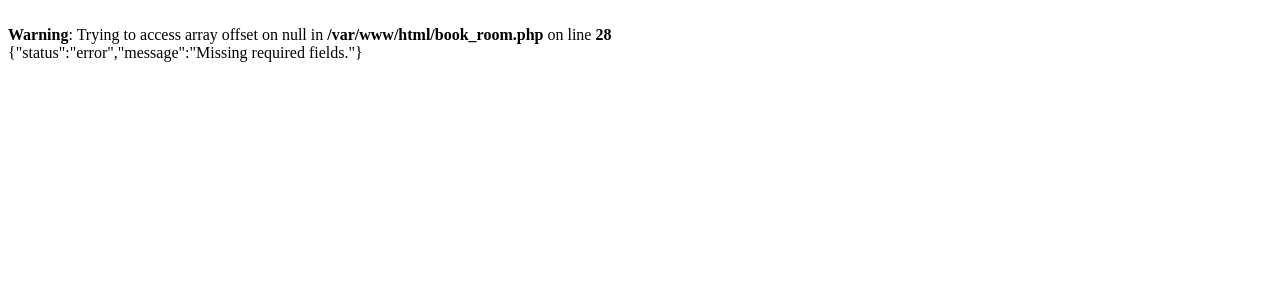
Repository: malingubarnice/Online-Reservation-System
Page: http://localhost/book_room.php
An editor plug-in stored every save of this project. The page is shown before and after the next save, followed by the edit.
The browser window is 1280 px wide. The pictures show the whole page.
The page is run by PHP 8.4 with error messages shown; the project is at /var/www/html/.

Above is the page before, as saved 2025-02-26 14:19:38.

After the next save:
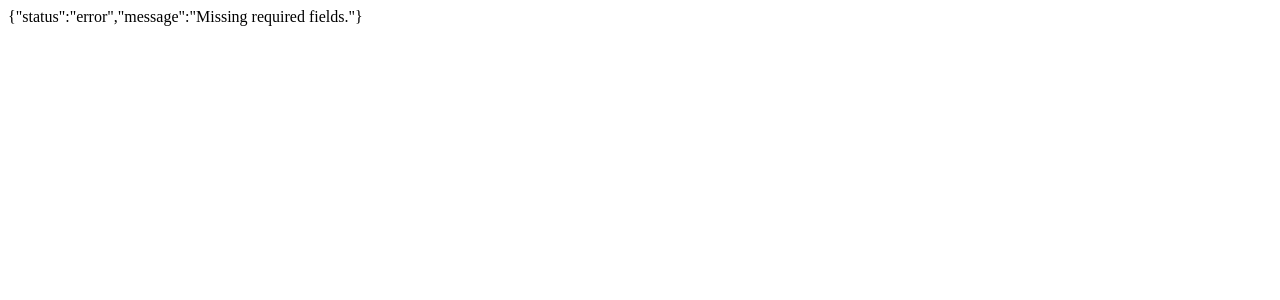
Saved 9 min 24 s later.
--- a/book_room.php
+++ b/book_room.php
@@ -21,11 +21,8 @@
 $input = file_get_contents('php://input');
 $data = json_decode($input, true);
 
-// Log the received data to check if contact_info is included
-error_log("Received data: " . print_r($data, true));  // Log the whole incoming data array
-
-// Log specific contact_info to ensure it's received correctly
-error_log("Received contact_info: " . $data['contact_info']);  // This should log the contact_info value
+// Log received data
+error_log("Received data: " . print_r($data, true));
 
 // Check if all required fields are present
 if (isset($data['room_id'], $data['check_in_date'], $data['check_out_date'], $data['guest_count'], $data['contact_info'])) {
@@ -36,8 +33,10 @@
     $guestCount = intval($data['guest_count']);
     $contactInfo = $data['contact_info'];
 
-    // Debugging: Output the contact info to check if it's being passed
-    error_log("Received contact_info: " . $contactInfo);  // This logs the contact info to the error log
+    // Convert dates to DateTime objects for accurate comparison
+    $today = new DateTime();
+    $checkIn = new DateTime($checkInDate);
+    $checkOut = new DateTime($checkOutDate);
 
     // Validate guest count (make sure it's a positive number)
     if ($guestCount <= 0) {
@@ -45,13 +44,14 @@
         exit;
     }
 
-    // Date validation: Ensure check-in is not in the past and check-out is after check-in
-    $today = date('Y-m-d');
-    if ($checkInDate < $today) {
+    // Validate check-in date (must not be in the past)
+    if ($checkIn < $today) {
         echo json_encode(['status' => 'error', 'message' => 'Check-in date cannot be in the past.']);
         exit;
     }
-    if ($checkInDate >= $checkOutDate) {
+
+    // Validate check-out date (must be after check-in)
+    if ($checkIn >= $checkOut) {
         echo json_encode(['status' => 'error', 'message' => 'Check-out date must be after the check-in date.']);
         exit;
     }
@@ -68,11 +68,10 @@
         exit;
     }
 
-    // Insert booking data into the database, including contact_info
+    // Insert booking data into the database
     $sql = "INSERT INTO bookings (room_id, check_in_date, check_out_date, guest_count, contact_info, created_at)
             VALUES (?, ?, ?, ?, ?, NOW())";
 
-    // Prepare and execute the statement
     $stmt = $conn->prepare($sql);
     if ($stmt === false) {
         error_log("Failed to prepare the SQL statement.");
@@ -80,18 +79,15 @@
         exit;
     }
 
-    // Bind parameters and execute
     $stmt->bind_param('issis', $roomId, $checkInDate, $checkOutDate, $guestCount, $contactInfo);
 
-    // Execute the query
     if ($stmt->execute()) {
         echo json_encode(['status' => 'success', 'message' => 'Booking successfully made!']);
     } else {
-        error_log("Error executing query: " . $stmt->error);  // Log query execution errors
+        error_log("Error executing query: " . $stmt->error);
         echo json_encode(['status' => 'error', 'message' => 'Error: ' . $stmt->error]);
     }
 
-    // Close statement
     $stmt->close();
 } else {
     echo json_encode(['status' => 'error', 'message' => 'Missing required fields.']);
